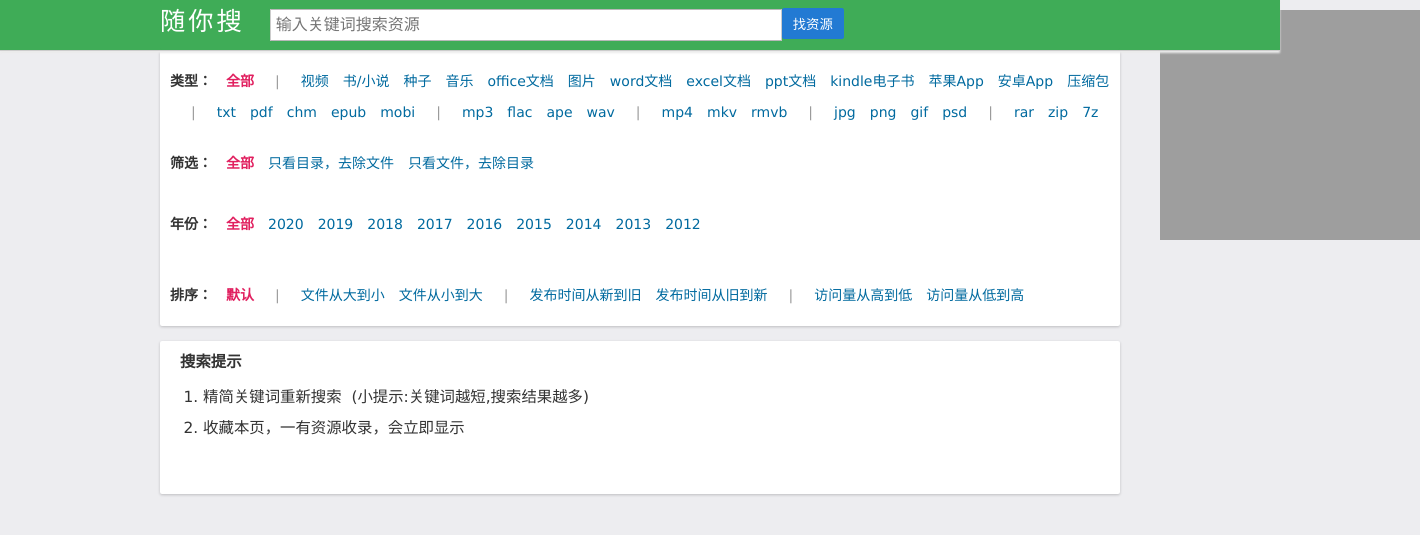
Repository: youngsailsail/nodeStudy
Page: / (app in 爬虫/前端vue/search-book/)
These files come from the project's save history. The page is drawn as it stood at one moment and after the next save; the edit follows.
The browser window is 1280 px wide. The page is 1420 px wide, then 1370 px, so the pictures cover 1420 px, including what lies to the right of the window. The pictures show the whole page.
Pictures or frames that could not be fetched are drawn as grey boxes. The project was rebuilt for these pictures with package versions that can differ from the ones it lists, and the page was loaded fresh each time. Also part of the build but not shown: 爬虫/前端vue/search-book/vue.config.js.

Above is the page before, as saved 2020-05-09 22:39:42.

### 爬虫/前端vue/search-book/src/App.vue
<template>
  <div id="app">
    <Search />
    <FilterBook />
    <List />
  </div>
</template>

<script>
import Search from "./components/Search.vue";
import FilterBook from "./components/FilterBook.vue";
import List from "./components/List.vue";

export default {
  name: "App",
  components: {
    Search,
    FilterBook,
    List
  }
};
</script>

<style>
@import "./assets/css/screen.css";
@import "./assets/css/app.css";
</style>

### 爬虫/前端vue/search-book/src/assets/css/screen.css
/* reset.css */
html {margin:0;padding:0;border:0;}
body, div, span, object, iframe, h1, h2, h3, h4, h5, h6, p, blockquote, pre, a, abbr, acronym, address, code, del, dfn, em, img, q, dl, dt, dd, ol, ul, li, fieldset, form, label, legend, table, caption, tbody, tfoot, thead, tr, th, td, article, aside, dialog, figure, footer, header, hgroup, nav, section {margin:0;padding:0;border:0;font-size:100%;font:inherit;vertical-align:baseline;}
body {line-height:1.5;background:white;}
table {border-collapse:separate;border-spacing:0;}
caption, th, td {text-align:left;font-weight:normal;float:none !important;}
table, th, td {vertical-align:middle;}
blockquote:before, blockquote:after, q:before, q:after {content:'';}
blockquote, q {quotes:"" "";}
a img {border:none;}
:focus {outline:0;}

/* typography.css */
html {font-size:100.01%;}
body {font-size:75%;color:#222;background:#fff;font-family:"Helvetica Neue", Arial, Helvetica, sans-serif;}
a {color:#336699;text-decoration:none;}
a:focus, a:hover {color:#fff;background-color:#336699;}
h1, h2, h3, h4, h5, h6 {font-weight:normal;color:#111;}
h1 {font-size:3em;line-height:1;margin-bottom:0.5em;}
h2 {font-size:2em;margin-bottom:0.75em;}
h3 {font-size:1.5em;line-height:1;margin-bottom:1em;}
h4 {font-size:1.2em;line-height:1.25;margin-bottom:1.25em;}
h5 {font-size:1em;font-weight:bold;margin-bottom:1.5em;}
h6 {font-size:1em;font-weight:bold;}
h1 img, h2 img, h3 img, h4 img, h5 img, h6 img {margin:0;}
p {margin:0 0 1.5em;}
p .left {margin:1.5em 1.5em 1.5em 0;padding:0;}
p .right {margin:1.5em 0 1.5em 1.5em;padding:0;}
img.left {float:left;margin:1.5em 1.5em 1.5em 0;padding:0;}
img.right {float:right;margin:1.5em 0 1.5em 1.5em;}
blockquote {margin:1.5em;color:#666;font-style:italic;}
strong,dfn {font-weight:bold;}
em, dfn {font-style:italic;}
sup, sub {line-height:0;}
abbr, acronym {border-bottom:1px dotted #666;}
address {margin:0 0 1.5em;font-style:italic;}
del {color:#666;}
pre {margin:1.5em 0;white-space:pre;}
pre, code, tt {font:1em 'andale mono', 'lucida console', monospace;line-height:1.5;}
li ul, li ol {margin:0;}
ul, ol {margin:0;}
ul {list-style-type:disc;}
ol {list-style-type:decimal;}
dl {margin:0 0 1.5em 0;}
dl dt {font-weight:bold;}
dd {margin-left:1.5em;}
table {width:100%;}
th {font-weight:bold;}
thead th {background:#c3d9ff;}
th, td, caption {padding:4px 10px 4px 5px;}
tr.even td {background:#e5ecf9;}
tfoot {font-style:italic;}
caption {background:#eee;}

/* forms.css */
label {font-weight:bold;}
fieldset {padding:0 1.4em 1.4em 1.4em;margin:0 0 1.5em 0;border:1px solid #e0e0e0;}
legend {font-weight:bold;font-size:1.2em;margin-top:-0.2em;margin-bottom:1em;}
fieldset, #IE8#HACK {padding-top:1.4em;}
legend, #IE8#HACK {margin-top:0;margin-bottom:0;}
input[type=text], input[type=password], input[type=url], input[type=email], input.text, input.title, textarea {background-color:#fff;border:1px solid #e0e0e0;color:#000;}
input[type=text]:focus, input[type=password]:focus, input[type=url]:focus, input[type=email]:focus, input.text:focus, input.title:focus, textarea:focus {border-color:#7FB9F8;}
select {background-color:#fff;border-width:1px;border-style:solid;}
input[type=text], input[type=password], input[type=url], input[type=email], input.text, input.title, textarea, select {margin:0.5em 0;}
textarea.text, textarea.title input.text, input.title {width:300px;padding:5px;}
textarea.title, input.title {font-size:1.5em;}
textarea {width:390px;height:250px;padding:5px;}
form.inline {line-height:3;}
form.inline p {margin-bottom:0;}

/* grid.css */
.container {width:990px;margin:0 auto;}
.column, div.span-1, div.span-2, div.span-3, div.span-4, div.span-5, div.span-6, div.span-7, div.span-8, div.span-9, div.span-10, div.span-11, div.span-12, div.span-13, div.span-14, div.span-15, div.span-16, div.span-17, div.span-18, div.span-19, div.span-20, div.span-21, div.span-22, div.span-23, div.span-24 {float:left;}
.last, div.last {margin:0 0 0 10px;}
.span-1 {width:50px;}
.span-2 {width:90px;}
.span-3 {width:130px;}
.span-4 {width:185px;}
.span-5 {width:210px;}
.span-6 {width:260px;}
.span-7 {width:290px;}
.span-8 {width:330px;}
.span-9 {width:370px;}
.span-10 {width:410px;}
.span-11 {width:435px;}
.span-12 {width:480px;}
.span-13 {width:515px;}
.span-14 {width:555px;}
.span-15 {width:595px;}
.span-16 {width:635px;}
.span-17 {width:675px;}
.span-18 {width:720px;}
.span-19 {width:770px;}
.span-20 {width:795px;}
.span-21 {width:835px;}
.span-22 {width:875px;}
.span-23 {width:915px;}
.span-24, div.span-24 {width:990px;margin:0;}
hr {background:#ddd;color:#ddd;clear:both;float:none;width:100%;height:.1em;margin:0 0 1.45em;border:none;}
hr.space {background:#fff;color:#fff;}
.container:after {content:"\0020";display:block;height:0;clear:both;visibility:hidden;overflow:hidden;}
.container {display:block;}

### 爬虫/前端vue/search-book/src/components/Search.vue
<template>
  <div class="top-fix-nav">
    <div class="container no-c-border">
      <span class="name">
        <a href="http://www.rufengso.net/">随你搜</a>
      </span>
      <form style="display:inline" @submit.prevent="submit">
        <input
          placeholder="输入关键词搜索资源"
          autocomplete="off"
          maxlength="255"
          type="text"
          class="title"
          name="n"
          v-model="searchTxt"
        />
        <input type="submit" class="s_btn" value="找资源" />
        <!-- <input type="checkbox" id="close_sug" class="sep-left1" checked="checked" />
        <span class="white small2">关闭搜索提示</span>-->
      </form>
    </div>
  </div>
</template>
<script>
import { mapActions } from "vuex";
export default {
  data() {
    return {
      searchTxt: ""
    };
  },
  methods: {
    ...mapActions(["getListData"]),
    submit(e) {
      if (!this.searchTxt) {
        alert("请先输入资源名称");
        return;
      }
      const query = {
        n: this.searchTxt,
        isSearch: true
      };
      this.getListData(query);
    }
  }
};
</script>

### 爬虫/前端vue/search-book/src/components/FilterBook.vue
<template>
  <div class="container sep15-">
    <div class="iframe">
      <iframe height="230" width="260" src="https://www.ximalaya.com/thirdparty/player/album/player.html?id=13507836&type=red" frameborder=0 allowfullscreen></iframe>
    </div>
    <div class="search-toolbox">
      <div class="sep sep1">
        <b>类型：</b>
        <a class="on sep1 isAll" rel="nofollow" data="f-">全部</a>
        <span class="sep">|</span>
        <a rel="nofollow" data="f-f4" title="搜索文件类型：mp4 mkv rmvb avi flv vob mpg">视频</a>
        <a rel="nofollow" data="f-f2" title="搜索文件类型：txt pdf chm rtf epub mobi azw azw3 kfx">书/小说</a>
        <a rel="nofollow" data="f-f5" title="搜索文件类型：torrent">种子</a>
        <a rel="nofollow" data="f-f3" title="搜索文件类型：mp3 flac ape wav">音乐</a>
        <a rel="nofollow" data="f-f1" title="搜索文件类型：doc docx xls xlsx ppt pptx wps">office文档</a>
        <a rel="nofollow" data="f-f6" title="搜索文件类型：jpg jpeg png gif bmp">图片</a>
        <a rel="nofollow" data="f-f7" title="搜索文件类型：doc docx">word文档</a>
        <a rel="nofollow" data="f-f8" title="搜索文件类型：xls xlsx">excel文档</a>
        <a rel="nofollow" data="f-f9" title="搜索文件类型：ppt pptx">ppt文档</a>
        <a rel="nofollow" data="f-f10" title="搜索文件类型：mobi azw azw3 kfx">kindle电子书</a>
        <a rel="nofollow" data="f-f11" title="搜索文件类型：ipa">苹果App</a>
        <a rel="nofollow" data="f-f12" title="搜索文件类型：apk">安卓App</a>
        <a rel="nofollow" data="f-f13" title="搜索文件类型：zip rar 7z gzip tar gz bz2">压缩包</a>
        <span class="sep">|</span>
        <a rel="nofollow" data="f-txt">txt</a>
        <a rel="nofollow" data="f-pdf">pdf</a>
        <a rel="nofollow" data="f-chm">chm</a>
        <a rel="nofollow" data="f-epub">epub</a>
        <a rel="nofollow" data="f-mobi">mobi</a>
        <span class="sep">|</span>
        <a rel="nofollow" data="f-mp3">mp3</a>
        <a rel="nofollow" data="f-flac">flac</a>
        <a rel="nofollow" data="f-ape">ape</a>
        <a rel="nofollow" data="f-wav">wav</a>
        <span class="sep">|</span>
        <a rel="nofollow" data="f-mp4">mp4</a>
        <a rel="nofollow" data="f-mkv">mkv</a>
        <a rel="nofollow" data="f-rmvb">rmvb</a>
        <span class="sep">|</span>
        <a rel="nofollow" data="f-jpg">jpg</a>
        <a rel="nofollow" data="f-png">png</a>
        <a rel="nofollow" data="f-gif">gif</a>
        <a rel="nofollow" data="f-psd">psd</a>
        <span class="sep">|</span>
        <a rel="nofollow" data="f-rar">rar</a>
        <a rel="nofollow" data="f-zip">zip</a>
        <a rel="nofollow" data="f-7z">7z</a>
      </div>
      <div class="sep sep2">
        <b>筛选：</b>
        <a class="on sep2 isAll" rel="nofollow" data="nd-">全部</a>
        <a rel="nofollow" data="nd-d">只看目录，去除文件</a>
        <a rel="nofollow" data="nd-f">只看文件，去除目录</a>
      </div>
      <div class="sep sep3">
        <b>年份：</b>
        <a class="on sep3 isAll" rel="nofollow" data="y-" title="只看全部年分享的资源">全部</a>
        <a rel="nofollow" data="y-2020" title="只看2020年分享的资源">2020</a>
        <a rel="nofollow" data="y-2019" title="只看2019年分享的资源">2019</a>
        <a rel="nofollow" data="y-2018" title="只看2018年分享的资源">2018</a>
        <a rel="nofollow" data="y-2017" title="只看2017年分享的资源">2017</a>
        <a rel="nofollow" data="y-2016" title="只看2016年分享的资源">2016</a>
        <a rel="nofollow" data="y-2015" title="只看2015年分享的资源">2015</a>
        <a rel="nofollow" data="y-2014" title="只看2014年分享的资源">2014</a>
        <a rel="nofollow" data="y-2013" title="只看2013年分享的资源">2013</a>
        <a rel="nofollow" data="y-2012" title="只看2012年分享的资源">2012</a>
      </div>
      <div class="sep sep4">
        <b>排序：</b>
        <a class="on sep4 isAll" rel="nofollow" data="s-" isAll>默认</a>
        <span class="sep">|</span>
        <a rel="nofollow" data="s-size1">文件从大到小</a>
        <a rel="nofollow" data="s-size2">文件从小到大</a>
        <span class="sep">|</span>
        <a rel="nofollow" data="s-feedtime1">发布时间从新到旧</a>
        <a rel="nofollow" data="s-feedtime2">发布时间从旧到新</a>
        <span class="sep">|</span>
        <a rel="nofollow" data="s-vcnt1">访问量从高到低</a>
        <a rel="nofollow" data="s-vcnt2">访问量从低到高</a>
      </div>
    </div>
  </div>
</template>
<script>
import { mapState, mapActions, mapMutations } from "vuex";
export default {
  data() {
    return {
      queryObj: {}
    };
  },
  computed: {
    ...mapState(["listData"])
  },
  mounted() {
    let that = this;
    document.querySelectorAll(".search-toolbox a").forEach(element => {
      element.addEventListener("click", function() {
        let parentClass = this.parentNode.classList[1];
        let selectClass = `.on.${parentClass}`;
        if (document.querySelector(selectClass)) {
          document
            .querySelector(selectClass)
            .classList.remove("on", parentClass);
        }
        this.classList.add("on", parentClass);
        let [key, val] = this.getAttribute("data").split("-");
        that.queryObj = {
          ...that.queryObj,
          [key]: val
        };
        that.getData();
      });
    });
  },
  watch: {
    listData(newVal, oldVal) {
      if (!newVal) return;
      const { isSearch } = newVal;
      if (isSearch) {
        this.queryObj = {};
        this.setQueryObj({});
        this.$forceUpdate();
        document.querySelectorAll("a.on").forEach(element => {
          let parentClass = element.parentNode.classList[1];
          element.classList.remove("on", parentClass);
        });
        document.querySelectorAll("a.isAll").forEach(element => {
          let parentClass = element.parentNode.classList[1];
          element.classList.add("on", parentClass);
        });
      }
    }
  },
  methods: {
    ...mapActions(["getListData"]),
    ...mapMutations(["setQueryObj"]),
    getData() {
      let query = {
        n: this.listData.bookName,
        isFilter: true,
        ...this.queryObj
      };
      this.setQueryObj(query);
      if (!this.listData.bookName) return;
      this.getListData(query);
    }
  }
};
</script>
<style lang="scss" scoped>
.container {
  position: relative;
}
.iframe {
  position: absolute;
  right: -300px;
  top: 10px;
}
.container {
  padding-top: 51px;
}
.search-toolbox a {
  cursor: pointer;
  text-decoration: none;
}
</style>

### 爬虫/前端vue/search-book/src/components/List.vue
<template>
  <div class="container" v-if="listData">
    <div class="search-page">
      <div v-if="listData.bookName">
        随你搜为您找到
        <h1 class="inline">
          <span class="red sep-both05 bold">{{listData.bookName}}</span>相关的网盘资源
        </h1>
        <span class="red sep-both05 bold">{{listData.count}}</span>条
      </div>
      <div class="row" style="background-color: white;" v-for="(item,index) in listData.list" :key="index">
        <h3>
          <a @click="toDetail(item)" :title="item.title" @click.prevent="getSource(item)" class="box-title">
            <span class="highlight">{{item.title}}</span>
          </a>
        </h3>
        <p>
          <img :title="item.type" width="16" height="16" :src="item.src" />&nbsp;&nbsp;
          <span class="size">{{item.size}}</span>
          <span class="small">由{{item.author}} &nbsp; ---- &nbsp;于{{item.date}}发布</span>
        </p>
      </div>
      <div class="page-list" v-if="listData.bookName && listData.count">
        <button title="上一页" :disabled="currentPage==1" @click.prevent="toGetData(currentPage-1)">上一页</button>
        <span class="current">&nbsp;&nbsp;第{{currentPage}}页&nbsp;&nbsp;</span>
        <button title="下一页" :disabled="currentPage==pageCount" @click.prevent="toGetData(currentPage+1)">下一页</button>&nbsp;
        <a v-show="pageCount>1&&currentPage<pageCount" title="尾页" @click.prevent="toGetData(pageCount)">尾页</a>
        <a v-show="pageCount>1&&currentPage==pageCount" title="首页" @click.prevent="toGetData(1)">首页</a>
        <br />跳页&nbsp;
        <input name="custompage" class="custompage" title="输入页码，按回车快速跳转" type="number" v-model.trim="size" @keydown.enter="toGetData(size)" :max="pageCount" :min="1" /> &nbsp;/{{pageCount}}页&nbsp;&nbsp;
        <span class="pcount">共{{pageCount}}页&nbsp;&nbsp;</span>
        <span class="total">{{listData.count}}项&nbsp;&nbsp;</span>&nbsp;&nbsp;
        <span v-if="size>pageCount" class="highlight">输入值最大为{{pageCount}}</span>
      </div>
      <div class="search-page" v-else>
        <div class="sep large" style="padding-top:10px">
          <b>搜索提示</b>
          <ol>
            <li>精简关键词重新搜索&nbsp;&nbsp;(小提示:关键词越短,搜索结果越多)</li>
            <li>收藏本页，一有资源收录，会立即显示</li>
          </ol>
        </div>
        <br class="bothall" />
      </div>
    </div>
    <div style="margin-top:30px"></div>
  </div>
</template>
<script>
import { mapState, mapActions } from "vuex";
export default {
  data() {
    return {
      currentPage: 1,
      size: 1,
      source: null
    };
  },
  computed: {
    ...mapState(["listData", "queryObj"]),
    pageCount() {
      return Math.ceil(this.listData.count / 30);
    }
  },
  methods: {
    ...mapActions(["getListData"]),
    toGetData(index) {
      if (index > this.pageCount) {
        return;
      }
      this.currentPage = index;
      if (!this.listData.bookName) return;
      const query = {
        ...this.queryObj,
        n: this.listData.bookName,
        pageIndex: index,
        isFilter: false
      };
      this.getListData(query);
    },
    async toDetail(item) {
      let { url } = await this.$api.get("/getBookUrl", {
        params: {
          href: item.href
        }
      });
      var arg =
        '\u003cscript\u003elocation.replace("' + url + '")\u003c/script\u003e';
      window.open("javascript:window.name;", arg);
    }
    // cancel() {
    //   this.source.cancel("这里你可以输出一些信息，可以在catch中拿到");
    // }
  },
  watch: {
    listData(newVal, oldVal) {
      if (!newVal) return;
      const { isFilter, isSearch } = newVal;
      if (isFilter || isSearch) {
        this.currentPage = 1;
        this.size = 1;
      }
    }
  }
};
</script>
<style lang="scss" scoped>
.activeBtn {
  background-color: #227ad3;
  color: white;
}
.page-list {
  a {
    text-decoration: none;
    cursor: pointer;
  }
}
.custompage {
  padding-left: 5px;
  width: 50px;
  text-align: center;
}
.small {
  margin-left: 20px;
}
.box-title {
  cursor: pointer;
  width: 80%;
  display: inline-block;
  overflow: hidden; //超出的文本隐藏
  text-overflow: ellipsis; //溢出用省略号显示
  white-space: nowrap;
}
</style>

Loaded but not shown: 爬虫/前端vue/search-book/public/index.html (common file); 爬虫/前端vue/search-book/src/util/http.js (53 lines, source omitted); 爬虫/前端vue/search-book/src/store/index.js (39 lines, source omitted); 爬虫/前端vue/search-book/src/main.js (11 lines, source omitted); 爬虫/前端vue/search-book/src/assets/css/app.css (1467 lines, source omitted)

After the next save:
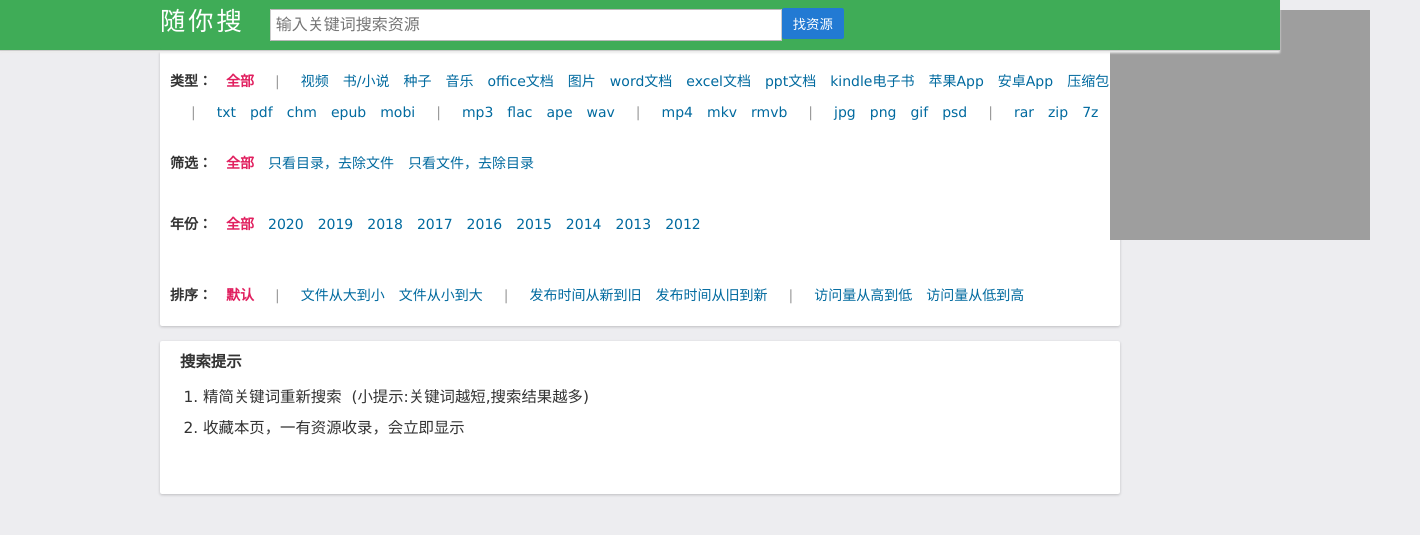
Saved 15 s later.
--- a/爬虫/前端vue/search-book/src/components/FilterBook.vue
+++ b/爬虫/前端vue/search-book/src/components/FilterBook.vue
@@ -154,7 +154,7 @@ export default {
 }
 .iframe {
   position: absolute;
-  right: -300px;
+  right: -250px;
   top: 10px;
 }
 .container {
